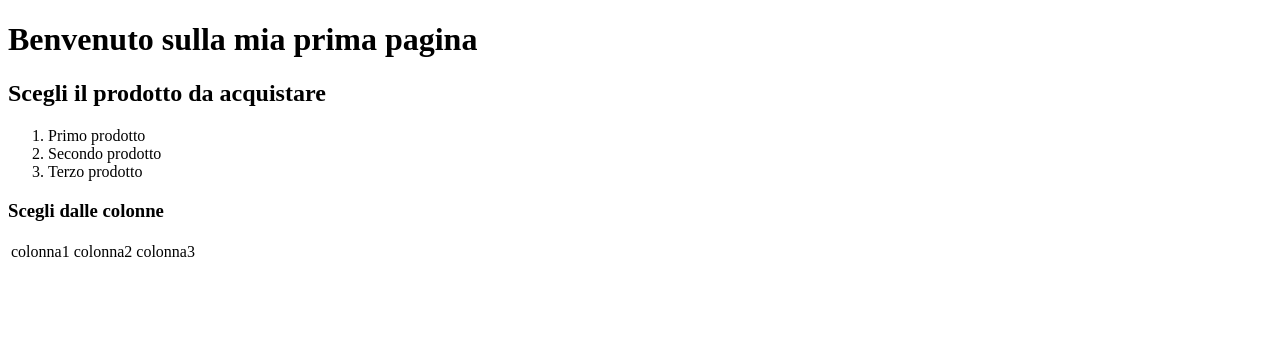
Repository: AndreaGuastaferro/Repository_Andrea_Guastaferro_Front
Page: cartella_html/NUOVO_HTML/NewFile.html
These files come from the project's save history. The page is drawn as it stood at one moment and after the next save; the edit follows.
The browser window is 1280 px wide. The pictures show the whole page.

Above is the page before, as saved 2018-10-22 08:30:04.

### cartella_html/NUOVO_HTML/NewFile.html
<!DOCTYPE html>
<html>
<head>
<meta charset="ISO-8859-1">
<title>Insert title here</title>
</head>
<body>
	<h1> Benvenuto sulla mia prima pagina</h1>
	<h2> Scegli il prodotto da acquistare</h2>
	<ol>
		<li> Primo prodotto</li>
		<li> Secondo prodotto </li>
		<li> Terzo prodotto </li>
	</ol>

	<h3> Scegli dalle colonne</h3>

	<table>
		<tr>

		<td>colonna1</td>
		<td>colonna2</td>
		<td>colonna3</td>

	</table>

</body>
</html>

After the next save:
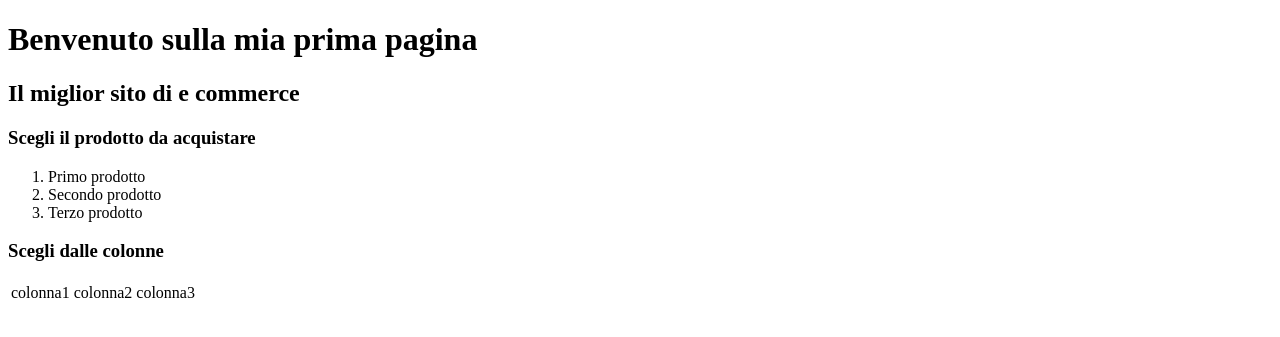
Saved 68 s later.
--- a/cartella_html/NUOVO_HTML/NewFile.html
+++ b/cartella_html/NUOVO_HTML/NewFile.html
@@ -6,7 +6,9 @@
 </head>
 <body>
 	<h1> Benvenuto sulla mia prima pagina</h1>
-	<h2> Scegli il prodotto da acquistare</h2>
+	<h2> Il miglior sito di e commerce</h2>
+	<h3> Scegli il prodotto da acquistare</h3>
+
 	<ol>
 		<li> Primo prodotto</li>
 		<li> Secondo prodotto </li>
@@ -14,6 +16,7 @@
 	</ol>
 
 	<h3> Scegli dalle colonne</h3>
+
 
 	<table>
 		<tr>
